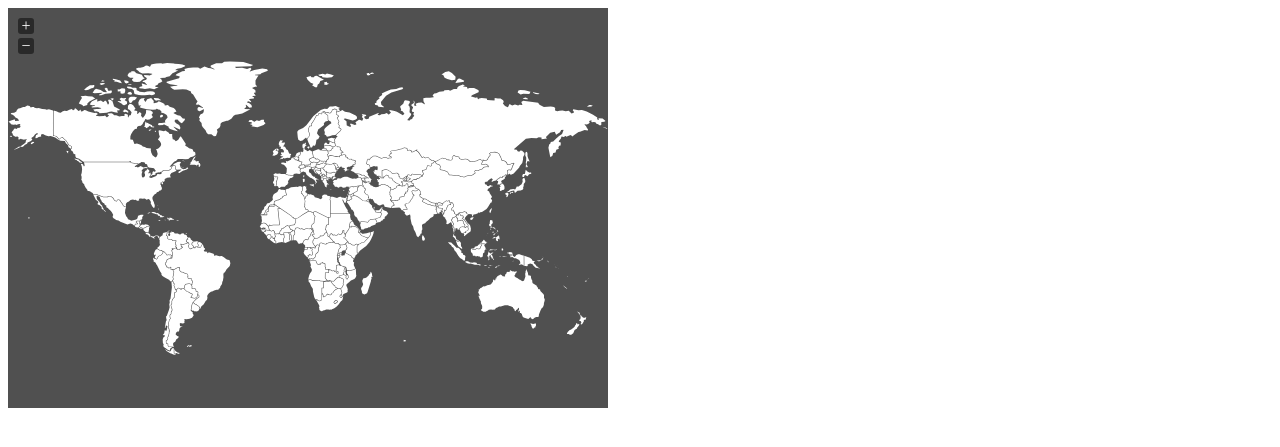
Repository: jdeanwaite/lc_landing_page
Page: test.html
The author's editor kept a record of every edit. The page is drawn from the files as they stood at one moment, then again after the next edit.
The browser window is 1280 px wide. The pictures show the whole page.

Above is the page before.

### test.html
<!DOCTYPE html>
<html>
<head>
  <title>jVectorMap demo</title>
  <link rel="stylesheet" href="css/jquery-jvectormap-2.0.1.css" type="text/css" media="screen"/>
  <script src="js/jquery-2.1.1.min.js"></script>
  <script src="js/jquery-jvectormap-2.0.1.min.js"></script>
  <script src="js/jquery-jvectormap-world-mill-en.js"></script>
</head>
<body>
  <div id="world-map" style="width: 600px; height: 400px"></div>
  <script>
    $(function(){
      $('#world-map').vectorMap();
    });
  </script>
</body>
</html>

Loaded but not shown: css/jquery-jvectormap-2.0.1.css (library); js/jquery-2.1.1.min.js (library); js/jquery-jvectormap-2.0.1.min.js (library); js/jquery-jvectormap-world-mill-en.js (library)

After the next edit:
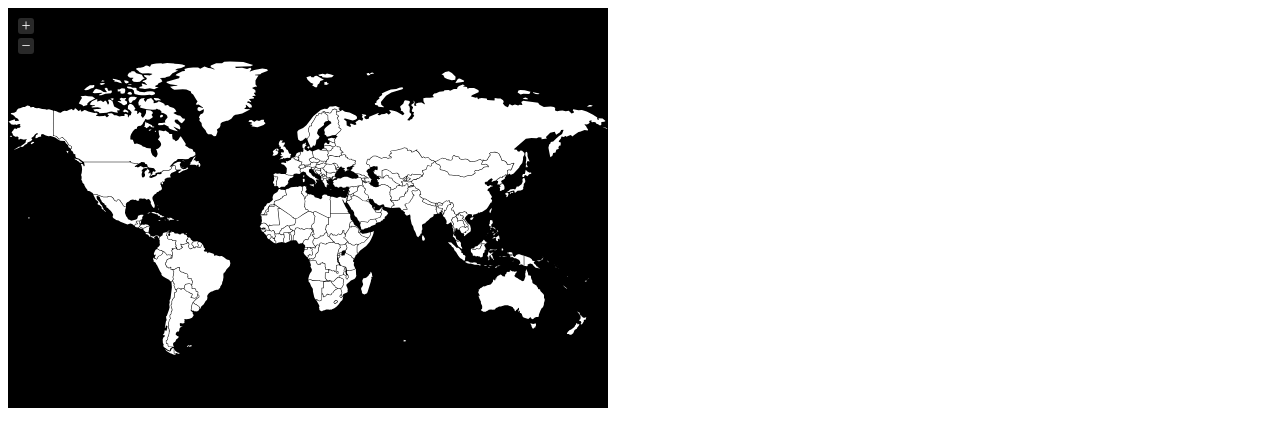
The edit:
--- a/test.html
+++ b/test.html
@@ -11,7 +11,9 @@
   <div id="world-map" style="width: 600px; height: 400px"></div>
   <script>
     $(function(){
-      $('#world-map').vectorMap();
+      $('#world-map').vectorMap({
+        backgroundColor: "#000000"
+      });
     });
   </script>
 </body>
